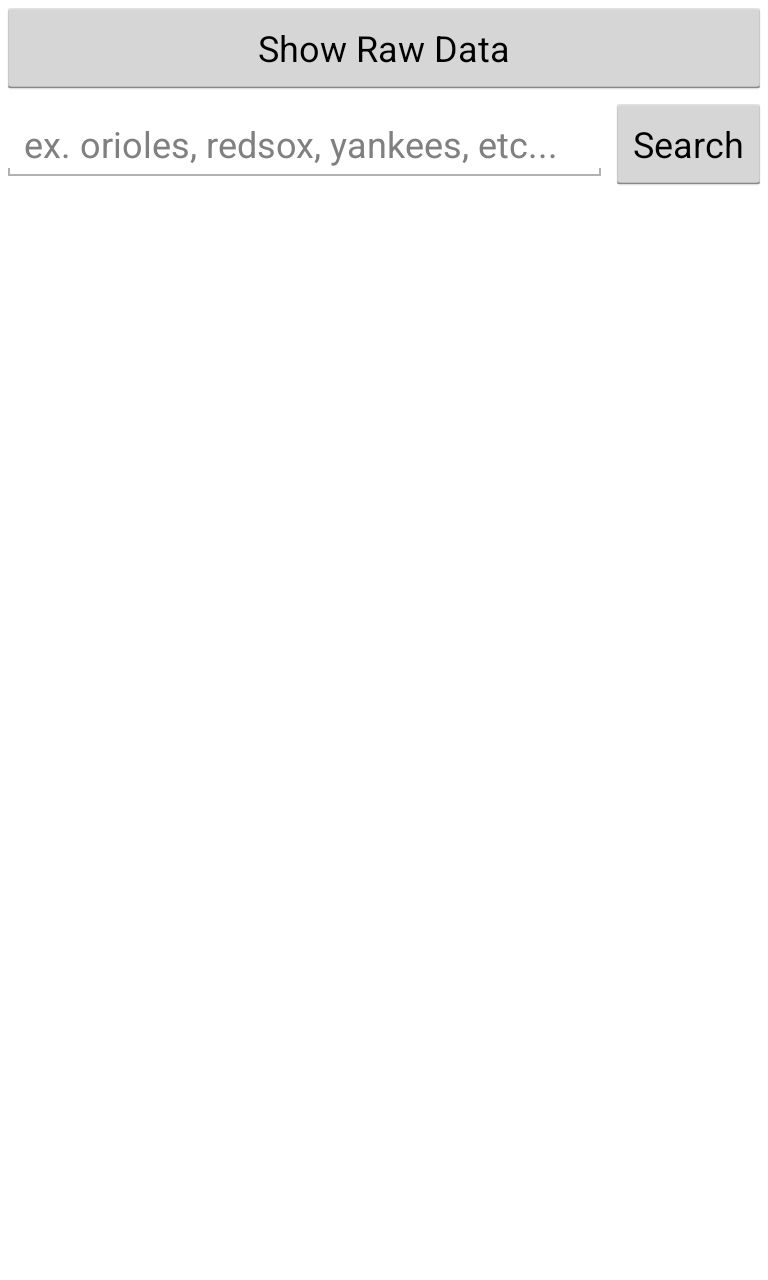
Repository: jemcphe/java1
Layout: teamG.M./TeamGM/res/layout/applayout.xml
The author's editor kept a copy of each file at every save. The layout is drawn from the files as they stood at one save, then again after the next save.
It is drawn on a 768 x 1280 px phone screen (xhdpi) without system bars, with theme AppTheme; the app's code is not run.

Above is the layout before, as saved 2013-05-27 00:03:11.

### teamG.M./TeamGM/res/layout/applayout.xml
<?xml version="1.0" encoding="utf-8"?>
<LinearLayout xmlns:android="http://schemas.android.com/apk/res/android"
    android:layout_width="fill_parent"
    android:layout_height="fill_parent"
    android:orientation="vertical" >

    <Button
        android:id="@+id/dataButton"
        android:layout_width="match_parent"
        android:layout_height="wrap_content"
        android:text="@string/show_raw_data" />

    <LinearLayout
        android:id="@+id/searchLayout"
        android:layout_width="fill_parent"
        android:layout_height="wrap_content"
        android:orientation="horizontal" >

        <EditText
            android:id="@+id/searchField"
            android:layout_width="wrap_content"
            android:layout_height="wrap_content"
            android:layout_weight="1"
            android:hint="ex. orioles, redsox, yankees, etc..." />

        <Button
            android:id="@+id/searchButton"
            android:layout_width="wrap_content"
            android:layout_height="wrap_content"
            android:text="@string/search" />
    </LinearLayout>

</LinearLayout>

### teamG.M./TeamGM/res/values/strings.xml
<?xml version="1.0" encoding="utf-8"?>
<resources>

    <string name="app_name">Team GM</string>
    <string name="action_settings">Settings</string>
    <string name="hello_world">Hello world!</string>
    <string name="show_raw_data">Show Raw Data</string>
    <string name="search_for_a_team_to_display_and_store_data">Search For A Team To Display And Store Data</string>
    <string name="search_hint">ex. orioles, redsox, etc...</string>
    <string name="go">GO</string>
    <string name="search">Search</string>

</resources>

Loaded but not shown: teamG.M./TeamGM/res/values/styles.xml (common file); teamG.M./TeamGM/res/values-v11/styles.xml (common file); teamG.M./TeamGM/res/values-v14/styles.xml (common file)

After the next save:
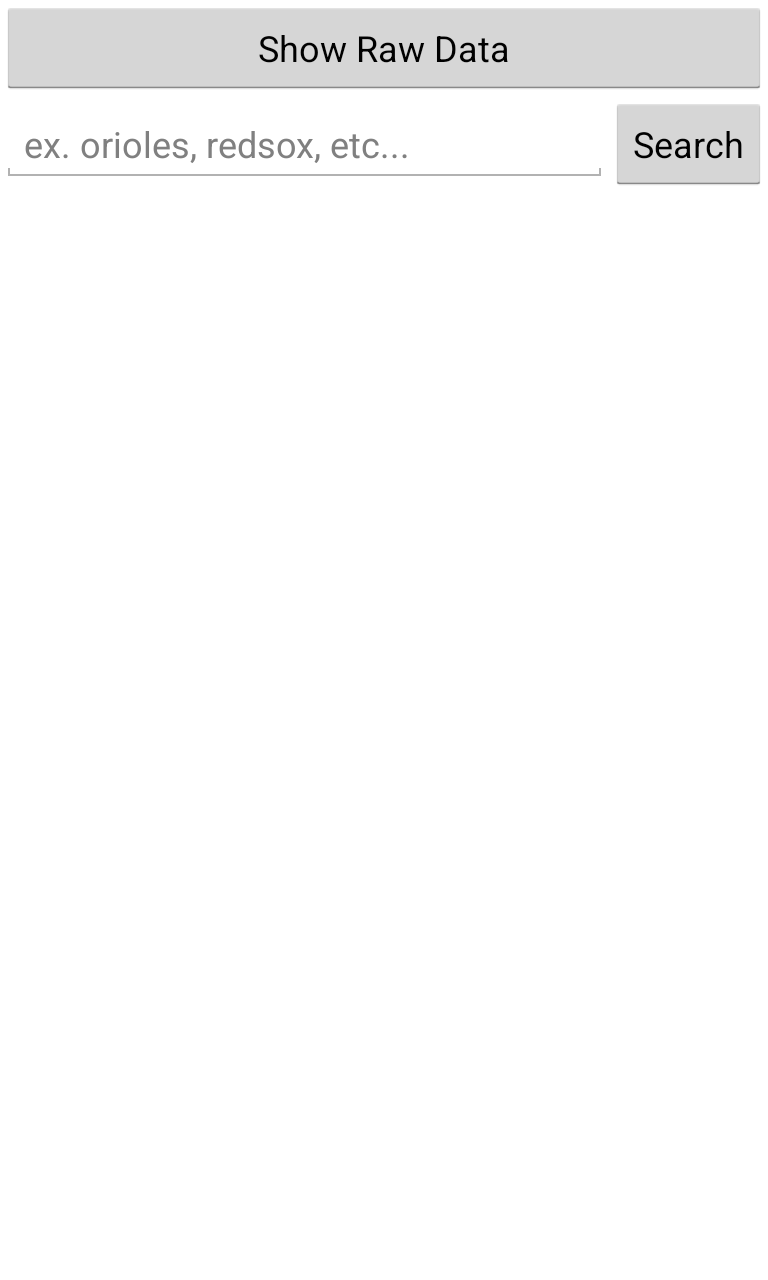
Saved 24 s later.
--- a/teamG.M./TeamGM/res/layout/applayout.xml
+++ b/teamG.M./TeamGM/res/layout/applayout.xml
@@ -21,7 +21,7 @@
             android:layout_width="wrap_content"
             android:layout_height="wrap_content"
             android:layout_weight="1"
-            android:hint="ex. orioles, redsox, yankees, etc..." />
+            android:hint="ex. orioles, redsox, etc..." />
 
         <Button
             android:id="@+id/searchButton"
